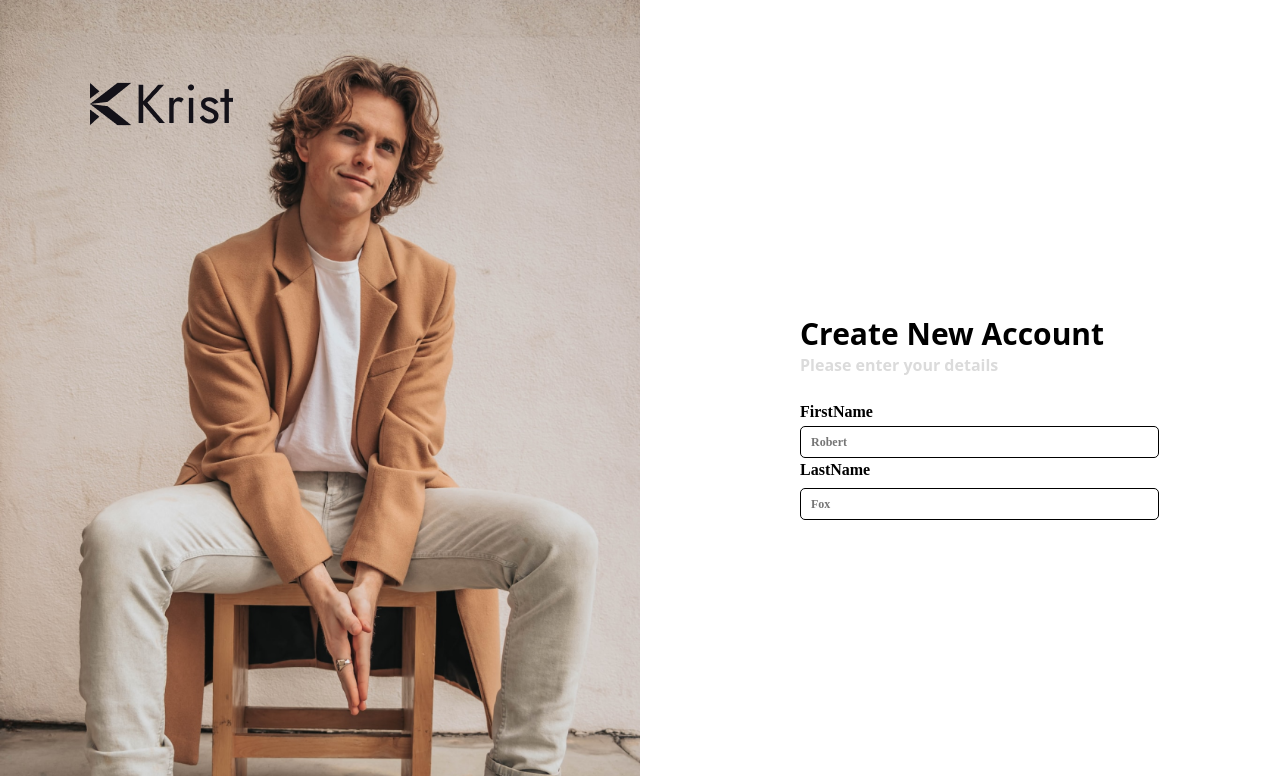
Repository: isaacCodes1/Krist-Website
Page: new-account.html
An editor plug-in stored every save of this project. The page is shown before and after the next save, followed by the edit.
The browser window is 1280 px wide. The pictures show the whole page.

Above is the page before, as saved 2024-04-10 14:07:52.

After the next save:
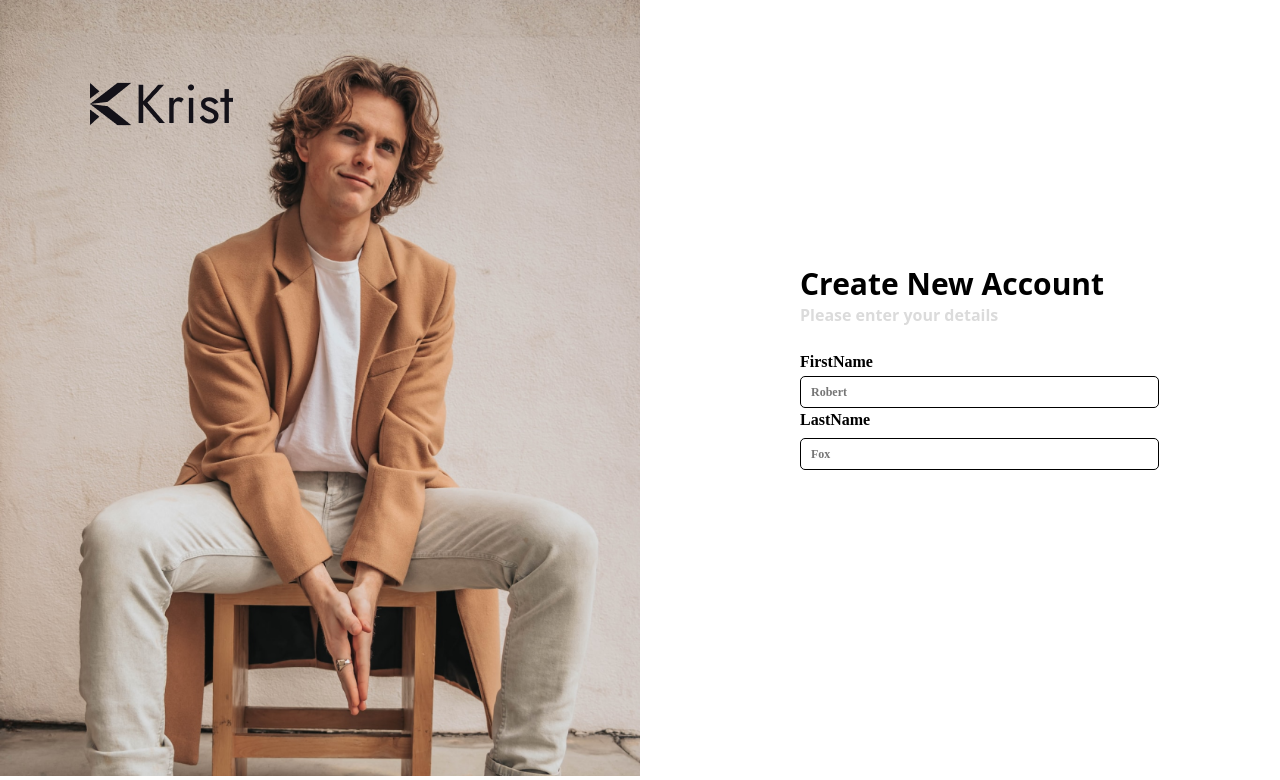
Saved 4 s later.
--- a/style.css
+++ b/style.css
@@ -523,7 +523,7 @@ form p {
 .new{
   position: absolute;
   left: 800px;
-  bottom: 200px;
+  bottom: 250px;
 }
 .firstname{
   position: absolute;
